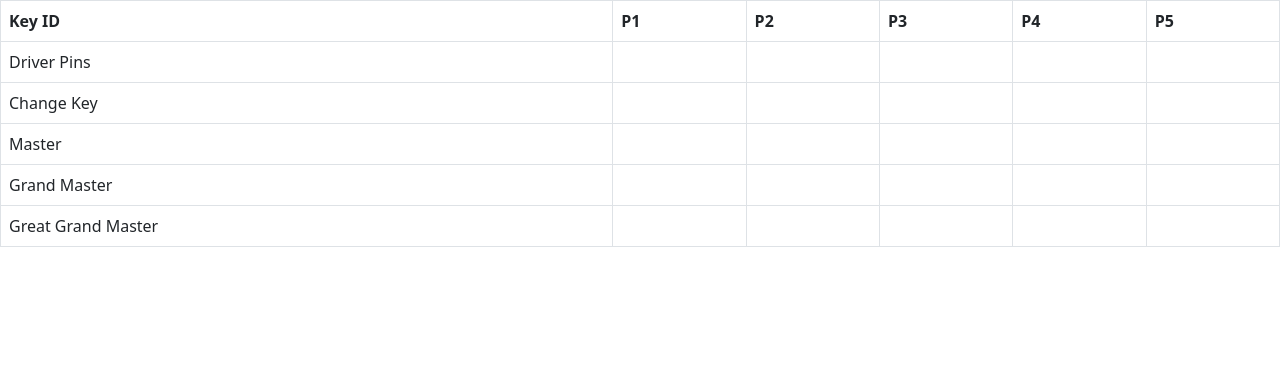
Repository: cobalt88/LockBot
Page: index.html
An editor plug-in stored every save of this project. The page is shown before and after the next save, followed by the edit.
The browser window is 1280 px wide. The pictures show the whole page.

Above is the page before, as saved 2022-03-22 17:19:48.

After the next save:
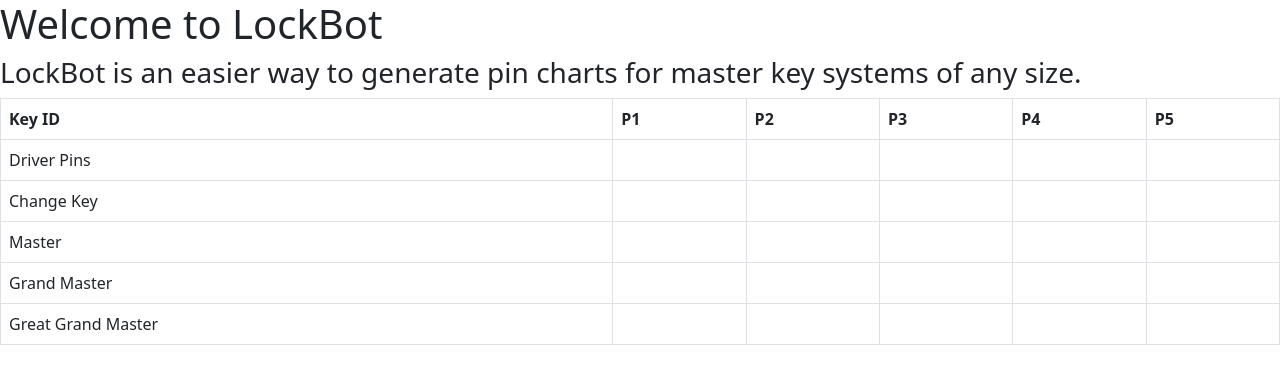
Saved 3 min 2 s later.
--- a/index.html
+++ b/index.html
@@ -18,6 +18,8 @@
   <body>
     <header>
       <!-- create a header/title -->
+      <h1>Welcome to LockBot</h1>
+      <h3>LockBot is an easier way to generate pin charts for master key systems of any size. </h3>
     </header>
     <main>
       <aside>
